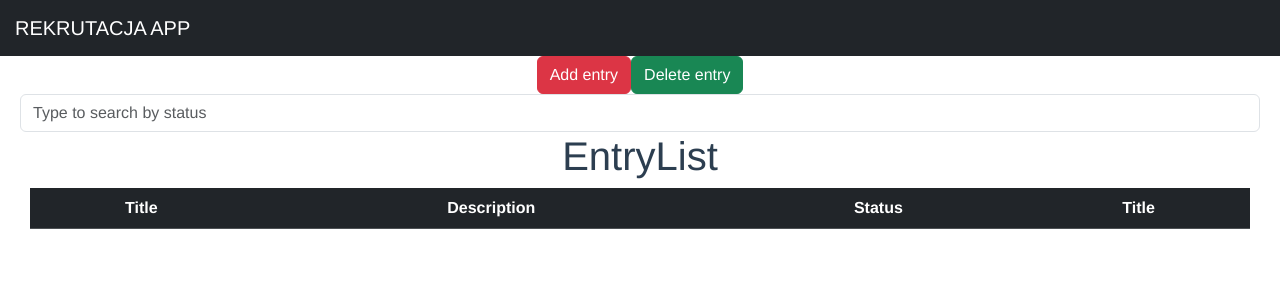
Repository: Madaless/vue_elastic
Page: / (app in vuejsapp/crudapp/)
The author's editor kept a copy of each file at every save. The page is drawn from the files as they stood at one save, then again after the next save.
The browser window is 1280 px wide. The pictures show the whole page.
The page's requests for data from a server got no answer. The project was rebuilt for these pictures with package versions that can differ from the ones it lists, and the page was loaded fresh each time. No one was signed in, and anything a server would have sent is missing.

Above is the page before, as saved 2021-09-12 13:37:49.

### vuejsapp/crudapp/src/main.js
import Vue from 'vue'
import App from './App.vue'
import store from  './store/index'
import { BootstrapVue, IconsPlugin } from 'bootstrap-vue'

// Import Bootstrap an BootstrapVue CSS files (order is important)
import 'bootstrap/dist/css/bootstrap.css'
import 'bootstrap-vue/dist/bootstrap-vue.css'

// Make BootstrapVue available throughout your project
Vue.use(BootstrapVue)
// Optionally install the BootstrapVue icon components plugin
Vue.use(IconsPlugin)

Vue.config.productionTip = false

new Vue({
  store,
  render: h => h(App),
}).$mount('#app')

### vuejsapp/crudapp/src/App.vue
<template>
  <div id="app">
    <b-navbar class="navbar navbar-expand navbar-dark bg-dark">
      <b-navbar-brand id ="header" href="#">REKRUTACJA APP</b-navbar-brand>
    </b-navbar>
    <AddEntry />
    <FilterEntry />
    <EntryList />
  </div>
</template>

<script>
import AddEntry from "./components/AddEntry.vue";
import FilterEntry from "./components/FilterEntry.vue";
import EntryList from "./components/EntryList.vue";

export default {
  name: "App",
  components: {
    AddEntry,
    FilterEntry,
    EntryList,
  },
};
</script>

<style>
#app {
  font-family: Avenir, Helvetica, Arial, sans-serif;
  -webkit-font-smoothing: antialiased;
  -moz-osx-font-smoothing: grayscale;
  text-align: center;
  color: #2c3e50;
}
#header {
  padding-left: 15px;
}
</style>

### vuejsapp/crudapp/src/store/index.js
import Vuex from 'vuex';
import Vue from 'vue';
import entryList from './modules/entryList';

Vue.use(Vuex);

export default new Vuex.Store({
    modules: {
        entryList
    }
})

### vuejsapp/crudapp/src/components/AddEntry.vue
<template>
  <div>
    <b-button variant="danger">Add entry</b-button>
    <b-button variant="success">Delete entry</b-button>
  </div>
</template>

<script>
export default {
  setup() {},
};
</script>

<style scoped>
</style>

### vuejsapp/crudapp/src/components/FilterEntry.vue
<template>
  <div id= "filterEntry">
    <b-form-input
      id="filter-input"
      v-model="filter"
      type="search"
      placeholder="Type to search by status"
    ></b-form-input>
  </div>
</template>

<script>
export default {
  setup() {},
};
</script>

<style scoped>
#filterEntry {
    padding-left: 20px;
    padding-right: 20px;
}
</style>

### vuejsapp/crudapp/src/components/EntryList.vue
<template>
  <div id="entryList">
    <h1>EntryList</h1>

    <div class="todos">
      <table class="table table-striped table-dark">
        <thead>
          <tr>
            <th>Title</th>
            <th>Description</th>
            <th>Status</th>
            <th>Title</th>
          </tr>
        </thead>
        <tbody>
          <tr v-for="entry in entryList" v-bind:key="entry.key">

              <td>{{ entry.title }}</td>
            </tr>

        </tbody>
      </table>
    </div>
  </div>
</template>

<script>
import { mapGetters, mapActions } from "vuex";

export default {
  name: "EntryList",
  methods: {
    ...mapActions(["fetchEntryList"]),
  },
  computed: mapGetters(["entryList"]),
  created() {
    this.fetchEntryList();
  },
};
</script>

<style scoped>
#entryList {
  padding-left: 30px;
  padding-right: 30px;
}
</style>

### vuejsapp/crudapp/src/store/modules/entryList.js
import axios from 'axios';

const state = {
  entryList: []
};
// get the state
const getters = {
  entryList: (state) => {
    return state.entryList
  }
};

const actions = {
    // fetch from api
  async fetchEntryList({ commit }) {
    const response = await axios.get('https://jsonplaceholder.typicode.com/todos');

    commit('setEntryList', response.data);
  }
}

const mutations = {
    setEntryList: (state, entryList) => (state.entryList = entryList)
};

export default {
    state,
    getters,
    actions,
    mutations
};

Loaded but not shown: vuejsapp/crudapp/public/index.html (common file)

After the next save:
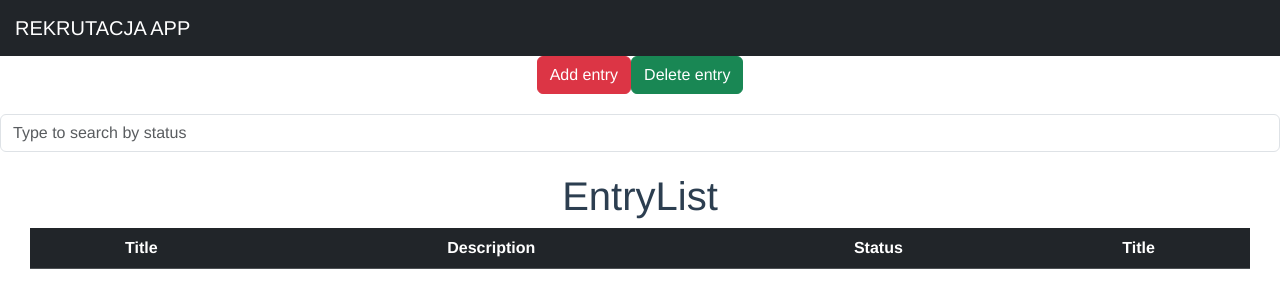
Saved 48 s later.
--- a/vuejsapp/crudapp/src/components/FilterEntry.vue
+++ b/vuejsapp/crudapp/src/components/FilterEntry.vue
@@ -17,7 +17,7 @@ export default {
 
 <style scoped>
 #filterEntry {
-    padding-left: 20px;
-    padding-right: 20px;
+    padding-top: 20px;
+    padding-bottom: 20px;
 }
 </style>
